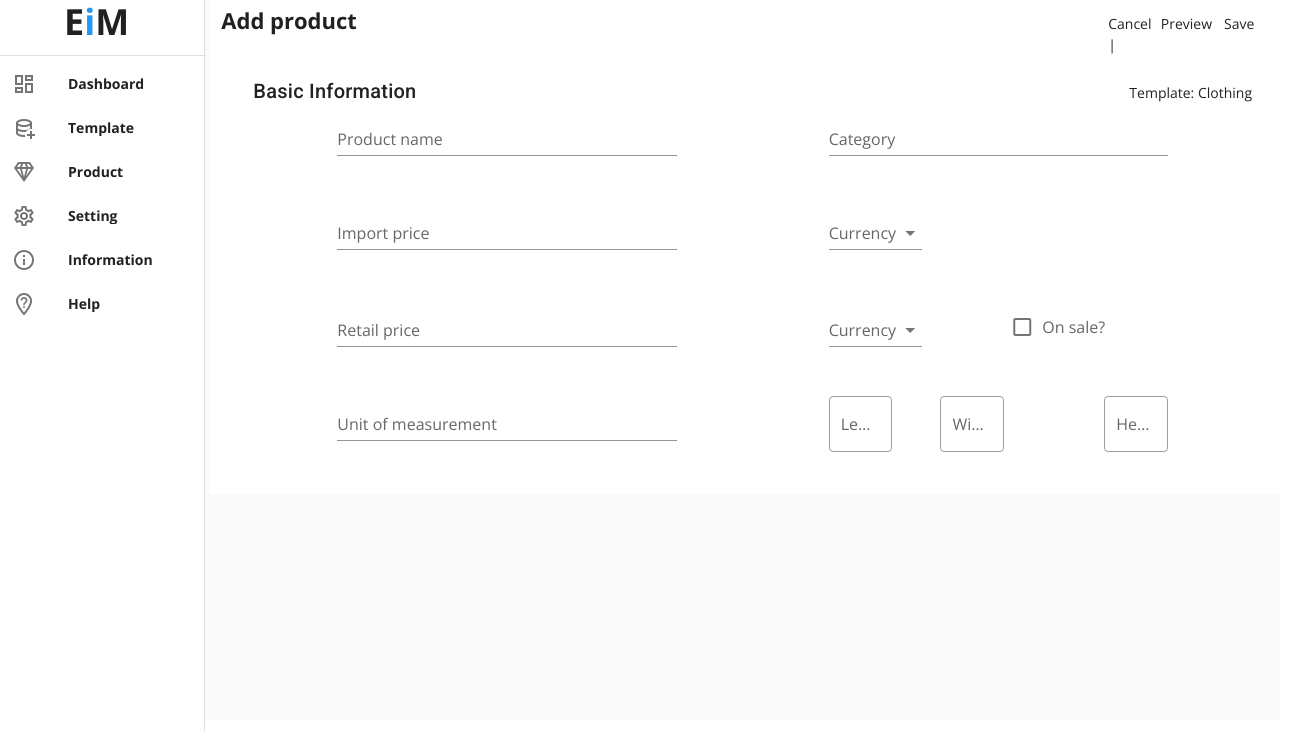
Repository: nguyenphuong152/pim-template
Page: /addproduct
An editor plug-in stored every save of this project. The page is shown before and after the next save, followed by the edit.
The browser window is 1280 px wide. The page is 1308 px wide, so the pictures cover 1308 px, including what lies to the right of the window. The pictures show the whole page.
The project was rebuilt for these pictures with package versions that can differ from the ones it lists, and the page was loaded fresh each time. Also part of the build but not shown: vue.config.js, src/views/Home.vue, src/components/Outcome_1/SearchTemplate.vue, src/components/Outcome_1/YourTemplate.vue, src/components/Outcome_1/ListComponent.vue, src/components/Outcome_1/AddInfo.vue, src/components/Outcome_1/AddDetail.vue, src/components/Outcome_1/CreateRegion.vue and 5 more.

Above is the page before, as saved 2020-12-21 11:41:02.

After the next save:
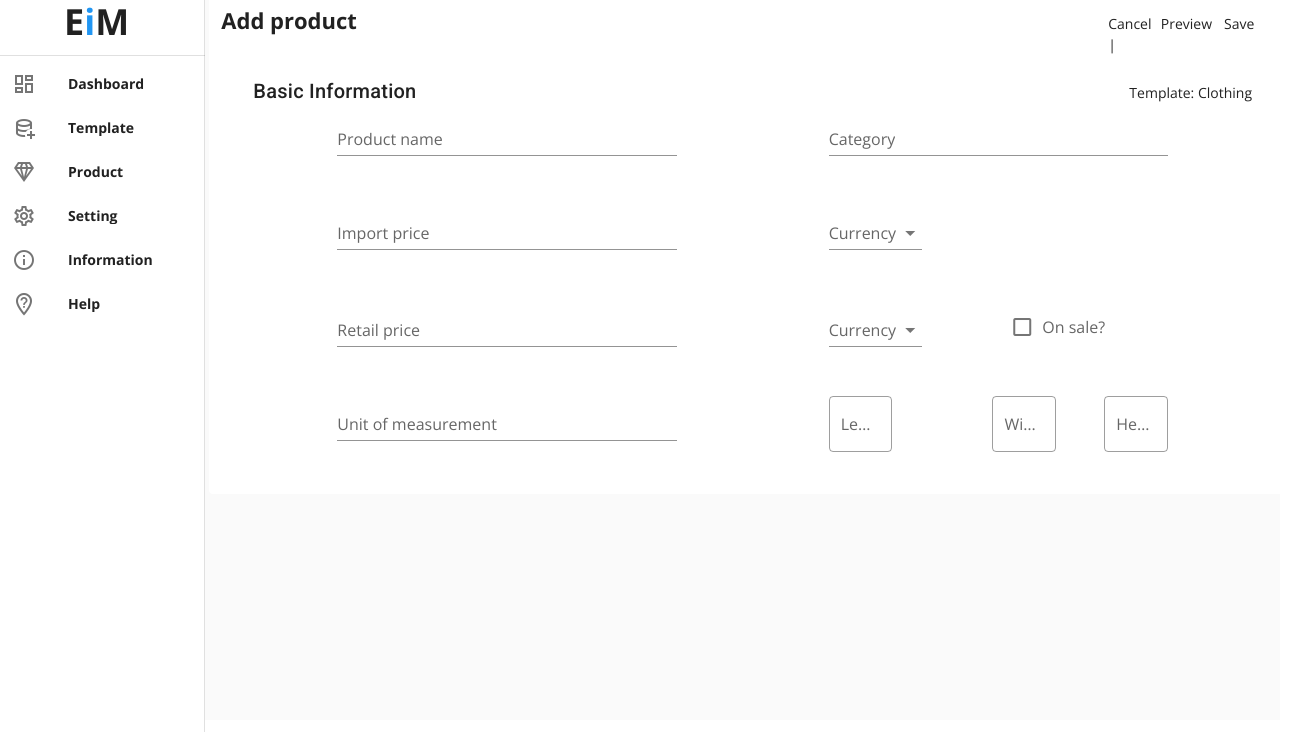
Saved 16 s later.
--- a/src/components/Outcome_2/BasicInfo.vue
+++ b/src/components/Outcome_2/BasicInfo.vue
@@ -90,7 +90,7 @@
                 </v-container>
               </v-col>
               <v-col>
-                <v-container class="py-0 pr-16">
+                <v-container class="py-0 pl-16">
                   <v-text-field
                     label="Width"
                     placeholder="50cm"
